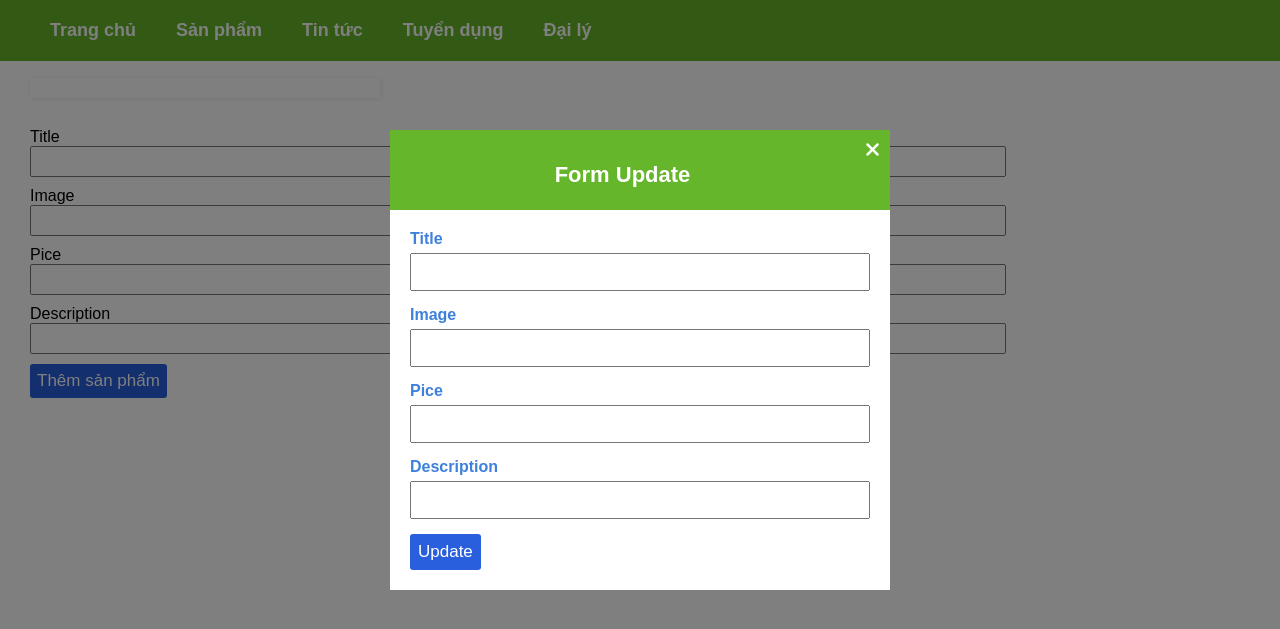
Repository: Ngoc28/CURD_HTML-CSS_JS_JSON
Page: index.html
An editor plug-in stored every save of this project. The page is shown before and after the next save, followed by the edit.
The browser window is 1280 px wide. The pictures show the whole page.
The pointer rests on the first visible `.modal-body button`.
The page's requests for data from a server got no answer.

Above is the page before, as saved 2023-04-11 09:56:51.

After the next save:
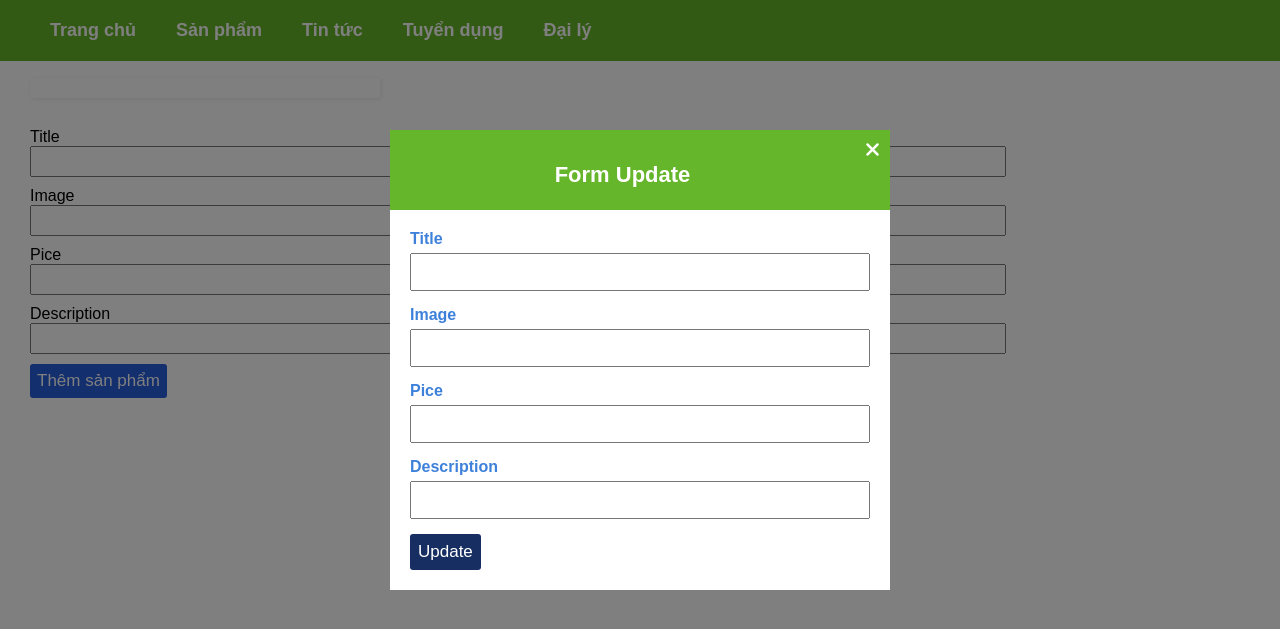
Saved 29 s later.
--- a/asset/css/style.css
+++ b/asset/css/style.css
@@ -242,3 +242,7 @@ body {
     border: none;
     border-radius: 3px;
 }
+
+.modal-body button:hover {
+    background-color: #172e62;
+}
